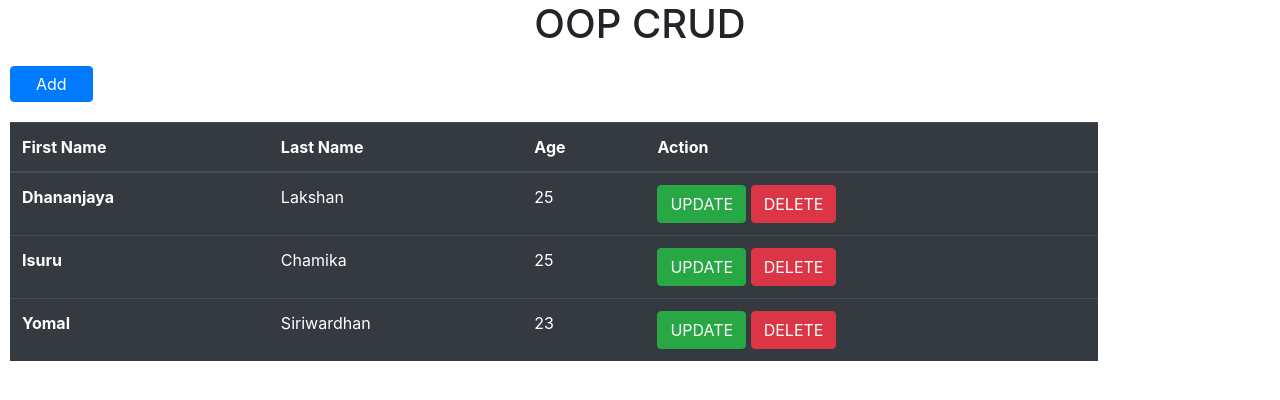
Repository: DhananjayaLakshan/PHP_CRUD_OOP1
Page: index.html
The author's editor kept a copy of each file at every save. The page is drawn from the files as they stood at one save, then again after the next save.
The browser window is 1280 px wide. The pictures show the whole page.

Above is the page before, as saved 2023-11-30 11:02:42.

### index.html
<!DOCTYPE html>
<html lang="en">

<head>
    <meta charset="UTF-8">
    <meta name="viewport" content="width=device-width, initial-scale=1.0">
    <title>CRUD OOP</title>
    <link rel="stylesheet" href="https://cdn.jsdelivr.net/npm/bootstrap@4.5.3/dist/css/bootstrap.min.css"
        integrity="sha384-TX8t27EcRE3e/ihU7zmQxVncDAy5uIKz4rEkgIXeMed4M0jlfIDPvg6uqKI2xXr2" crossorigin="anonymous">
    <link rel="stylesheet" href="style.css">
    <script src="script.js"></script>
</head>

<body>

    <h1 style="text-align: center;">OOP CRUD</h1>

    <a href="#"><button class="btn btn-primary addButton" id="addButton">Add</button></a>


    <table class="table table-dark">
        <thead>
            <tr>

                <th scope="col">First Name</th>
                <th scope="col">Last Name</th>
                <th scope="col">Age</th>
                <th scope="col">Action</th>
            </tr>
        </thead>
        <tbody>
            <tr>
                <th>Dhananjaya</th>
                <td>Lakshan</td>
                <td>25</td>
                <td>
                    <button class="btn btn-success">UPDATE</button>
                    <button class="btn btn-danger">DELETE</button>
                </td>
            </tr>
            <tr>
                <th>Isuru</th>
                <td>Chamika</td>
                <td>25</td>
                <td>
                    <button class="btn btn-success">UPDATE</button>
                    <button class="btn btn-danger">DELETE</button>
                </td>
            </tr>
            <tr>
                <th>Yomal</th>
                <td>Siriwardhan</td>
                <td>23</td>
                <td>
                    <button class="btn btn-success">UPDATE</button>
                    <button class="btn btn-danger">DELETE</button>
                </td>
            </tr>
        </tbody>
    </table>
















    <script src="https://code.jquery.com/jquery-3.5.1.slim.min.js"
        integrity="sha384-DfXdz2htPH0lsSSs5nCTpuj/zy4C+OGpamoFVy38MVBnE+IbbVYUew+OrCXaRkfj"
        crossorigin="anonymous"></script>
    <script src="https://cdn.jsdelivr.net/npm/bootstrap@4.5.3/dist/js/bootstrap.bundle.min.js"
        integrity="sha384-ho+j7jyWK8fNQe+A12Hb8AhRq26LrZ/JpcUGGOn+Y7RsweNrtN/tE3MoK7ZeZDyx"
        crossorigin="anonymous"></script>
</body>

</html>

### style.css
.addButton {
    padding: 5px 25px;
    margin: 10px;

}

.table{
    margin: 10px !important;
    width: 85%;

}

Loaded but not shown: script.js (no stored copy; drawn as an empty file)

After the next save:
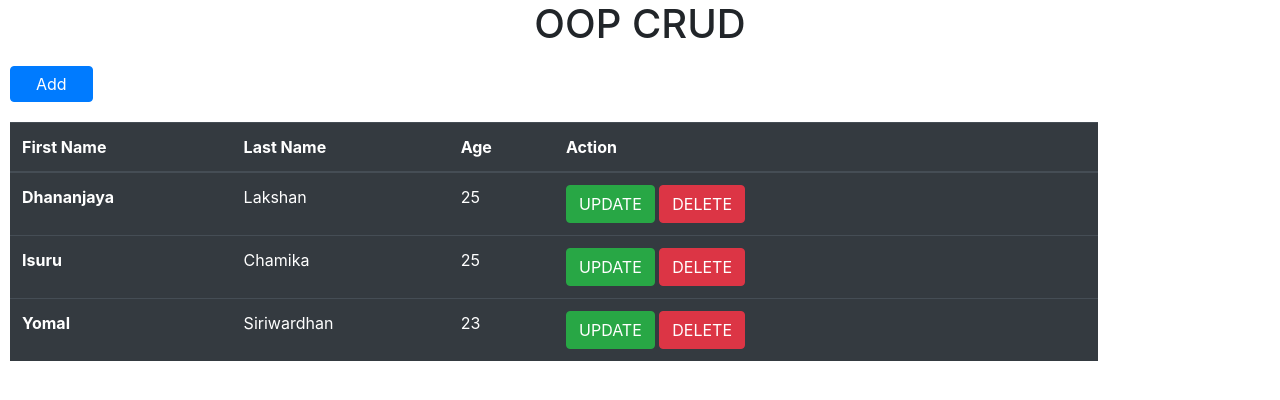
Saved 24 s later.
--- a/index.html
+++ b/index.html
@@ -51,7 +51,7 @@
                 <th>Yomal</th>
                 <td>Siriwardhan</td>
                 <td>23</td>
-                <td>
+                <td style="width: 50%;">
                     <button class="btn btn-success">UPDATE</button>
                     <button class="btn btn-danger">DELETE</button>
                 </td>
